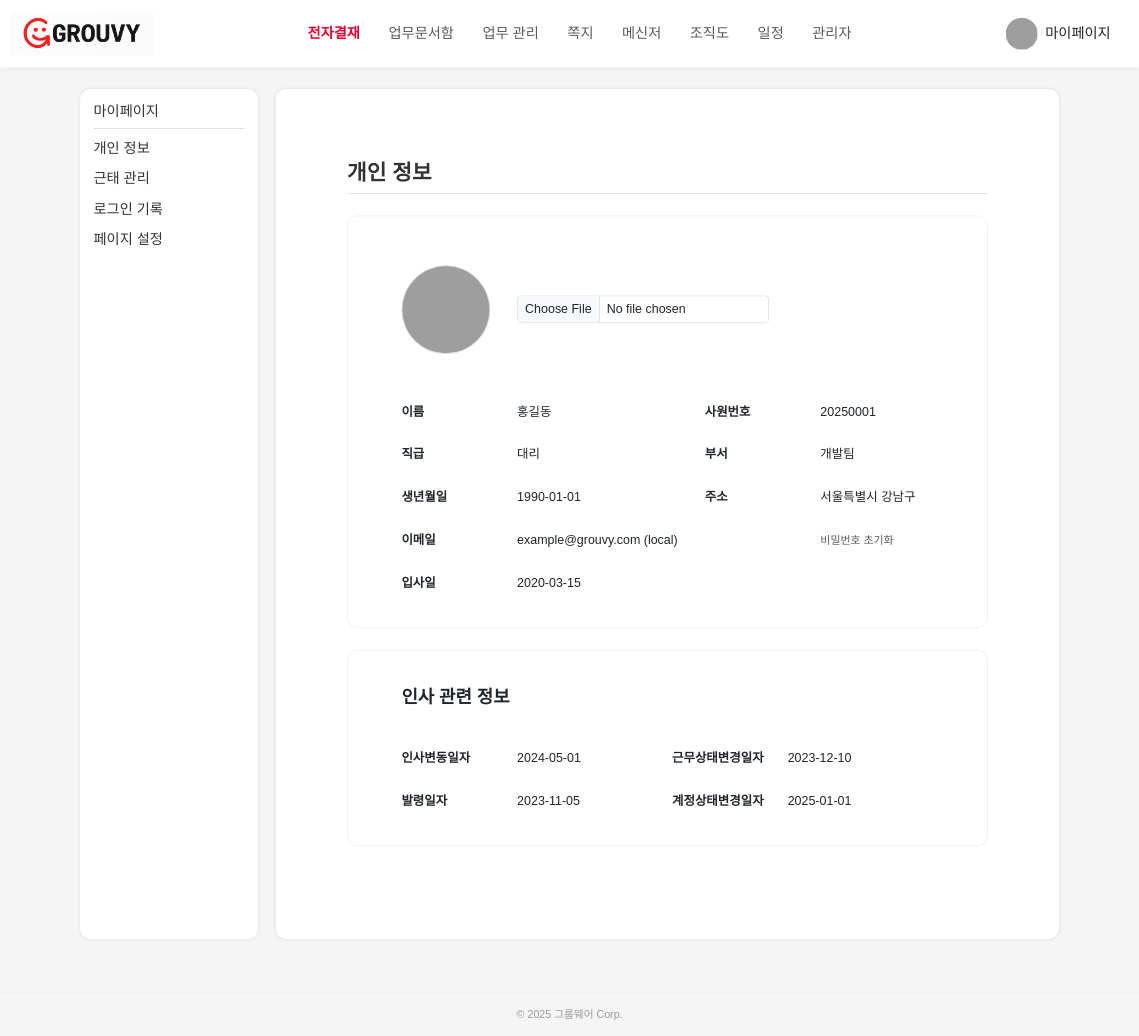
Repository: hyunbin7664/web-java-workspace
Page: groupware/src/main/webapp/mypage_profile.html
These files come from the project's save history. The page is drawn as it stood at one moment and after the next save; the edit follows.
The browser window is 1280 px wide. The pictures show the whole page, at 89% of full size.
Pictures or frames that could not be fetched are drawn as grey boxes.

Above is the page before, as saved 2025-07-08 08:12:13.

### groupware/src/main/webapp/mypage_profile.html
<!DOCTYPE html>
<html lang="ko">
<head>
<meta charset="UTF-8">
<title>마이페이지</title>
<link
	href="https://cdn.jsdelivr.net/npm/bootstrap@5.3.2/dist/css/bootstrap.min.css"
	rel="stylesheet">
<style>
body {
	margin: 0;
	font-family: Arial, sans-serif;
	background-color: #f5f5f5;
	color: #333;
	padding-top: 80px;
}

.navbar-brand {
	color: #e6002d !important;
	font-size: 1.5rem;
}

.nav-item {
	padding-right: 1rem;
}

.navbar-nav .nav-link.active {
	font-weight: bold;
	color: #e6002d !important;
}

.logo-img {
	width: 160px;
	height: 50px;
	object-fit: cover;
	object-position: center;
}

.navbar .container-fluid {
	padding-right: 2rem;
}

.container {
	display: flex;
	padding: 20px;
}

.sidebar {
	width: 200px;
	background-color: white;
	border-radius: 12px;
	padding: 15px;
	margin-right: 20px;
	box-shadow: 0 0 5px rgba(0, 0, 0, 0.1);
}

.sidebar h3 {
	margin-top: 0;
	font-size: 16px;
	border-bottom: 1px solid #ddd;
	padding-bottom: 10px;
}

.sidebar ul {
	list-style: none;
	padding: 0;
}

.sidebar ul li {
	margin: 10px 0;
}

.sidebar ul li a {
	color: #333;
	text-decoration: none;
}

.sidebar ul li a.active, .sidebar ul li a:hover {
	color: #1abc9c;
	font-weight: bold;
}

.main-content {
	flex: 1;
	background-color: white;
	padding: 80px;
	text-align: center;
	border-radius: 12px;
	box-shadow: 0 0 5px rgba(0, 0, 0, 0.1);
	/* margin: 0 auto; */
}

/* .main-content img {
	width: 60px;
	margin-bottom: 20px;
} */

.main-content p {
	font-size: 14px;
	color: #555;
}

.main-content input[type="password"] {
	padding: 8px;
	width: 220px;
	margin-top: 12px;
	border: 1px solid #ccc;
	border-radius: 4px;
	font-size: 13px;
}

.main-content div {
	margin-top: 15px;
}

.main-content button {
	padding: 8px 16px;
	margin: 0 5px;
	border: none;
	border-radius: 4px;
	cursor: pointer;
	font-size: 13px;
}

.profile-photo {
  width: 100px;
  height: 100px;
  object-fit: cover;
  border-radius: 50%;
  border: 1px solid #ddd;
  margin-right: 30px;
}

.card-custom {
  padding: 40px 60px;
  border-radius: 12px;
  border: 1px solid #eee;
  background-color: #fff;
}

.info-grid {
  display: grid;
  grid-template-columns: 120px auto 120px auto;
  row-gap: 12px;
  column-gap: 10px;
  align-items: center;
  font-size: 14px;
}

.info-grid div {
  white-space: nowrap;
}

.card-wrapper {
  max-width: 1000px;
  margin: 0 auto;
}

/* .confirm-btn {
	background-color: #4CAF50;
	color: #fff;
}

.cancel-btn {
	background-color: #ccc;
	color: #333;
} */

footer {
	text-align: center;
	padding: 15px;
	font-size: 12px;
	color: #999;
	border-top: 1px solid #eee;
	margin-top: 40px;
}
</style>
</head>
<body>

	<nav class="navbar navbar-expand-lg navbar-light bg-white shadow-sm fixed-top">
		<div class="container-fluid">
			<a class="navbar-brand d-flex align-items-center" href="index.html">
				<span class="logo-crop">
					<img src="grouvy_logo.jpg" alt="GROUVY 로고" class="logo-img">
				</span>
			</a>
			<ul class="navbar-nav mb-2 mb-lg-0">
				<li class="nav-item"><a class="nav-link active" href="#">전자결재</a></li>
				<!-- 커서 active-->
				<li class="nav-item"><a class="nav-link" href="#">업무문서함</a></li>
				<li class="nav-item"><a class="nav-link" href="#">업무 관리</a></li>
				<li class="nav-item"><a class="nav-link" href="#">쪽지</a></li>
				<li class="nav-item"><a class="nav-link" href="#">메신저</a></li>
				<li class="nav-item"><a class="nav-link" href="#">조직도</a></li>
				<li class="nav-item"><a class="nav-link" href="#">일정</a></li>
				<li class="nav-item"><a class="nav-link" href="admin_dashboard.html">관리자</a></li>
			</ul>
			<div class="d-flex align-items-center">
				<a href="mypage.html" >
					<img src="https://search.pstatic.net/sunny/?src=https%3A%2F%2Fs3.orbi.kr%2Fdata%2Ffile%2Funited2%2F6cc64e06aa404ac3a176745b9c1d5bfa.jpeg&type=sc960_832"
							alt="프로필" class="rounded-circle" width="36" height="36">
				</a>
				<a href="mypage.html" class="ms-2 text-decoration-none text-dark">마이페이지</a>
			</div>
		</div>
	</nav>

	<main>
		<div class="container">
			<!-- 좌측 nav -->
			<div class="sidebar">
				<h3>마이페이지</h3>
				<ul>
					<li><a href="mypage_profile.html">개인 정보</a></li>
					<li><a href="mypage_attendance.html">근태 관리</a></li>
					<li><a href="mypage_loginlog.html">로그인 기록</a></li>
					<li><a href="mypage_settings.html">페이지 설정</a></li>
				</ul>
			</div>

			<!-- 기능 페이지 -->
			<!-- <div class="main-content">
				<img src="https://cdn-icons-png.flaticon.com/512/3064/3064197.png"
					alt="lock icon">
				<p>
					개인 정보 조회를 위해서는 인증이 필요합니다.<br> 비밀번호를 입력한 후 확인 버튼을 클릭해 주세요.
				</p>
				<input type="password" placeholder="비밀번호">
				<div>
					<button class="confirm-btn">확인</button>
					<button class="cancel-btn">취소</button>
				</div>
			</div> -->

			<!-- 마이페이지 > 개인 정보 -->
			<div class="main-content text-start">
				<h4 class="mb-4 fw-bold border-bottom pb-2">개인 정보</h4>

				<div class="card card-custom mb-4 card-wrapper">
					<div class="d-flex align-items-center mb-4">
						<img src="https://search.pstatic.net/sunny/?src=https%3A%2F%2Fs3.orbi.kr%2Fdata%2Ffile%2Funited2%2F6cc64e06aa404ac3a176745b9c1d5bfa.jpeg&type=sc960_832" alt="프로필 사진" class="profile-photo">
						<input type="file" class="form-control form-control-sm w-auto">
					</div>

					<div class="info-grid">
						<div class="fw-bold">이름</div>
						<div>홍길동</div>
						<div class="fw-bold">사원번호</div>
						<div>20250001</div>

						<div class="fw-bold">직급</div>
						<div>대리</div>
						<div class="fw-bold">부서</div>
						<div>개발팀</div>

						<div class="fw-bold">생년월일</div>
						<div>1990-01-01</div>
						<div class="fw-bold">주소</div>
						<div>서울특별시 강남구</div>

						<div class="fw-bold">이메일</div>
						<div>example@grouvy.com (local)</div>
						<div class="fw-bold"></div>
						<div>
							<a href="#" class="text-decoration-none small text-muted">비밀번호
								초기화</a>
						</div>

						<div class="fw-bold">입사일</div>
						<div>2020-03-15</div>
					</div>
				</div>

				<div class="card card-custom mb-4 card-wrapper">
					<h5 class="fw-bold mb-3">인사 관련 정보</h5>
					<div class="info-grid">
						<div class="fw-bold">인사변동일자</div>
						<div>2024-05-01</div>
						<div class="fw-bold">근무상태변경일자</div>
						<div>2023-12-10</div>

						<div class="fw-bold">발령일자</div>
						<div>2023-11-05</div>
						<div class="fw-bold">계정상태변경일자</div>
						<div>2025-01-01</div>
					</div>
				</div>
			</div></main>

	<footer>© 2025 그룹웨어 Corp.</footer>

</body>
</html>

After the next save:
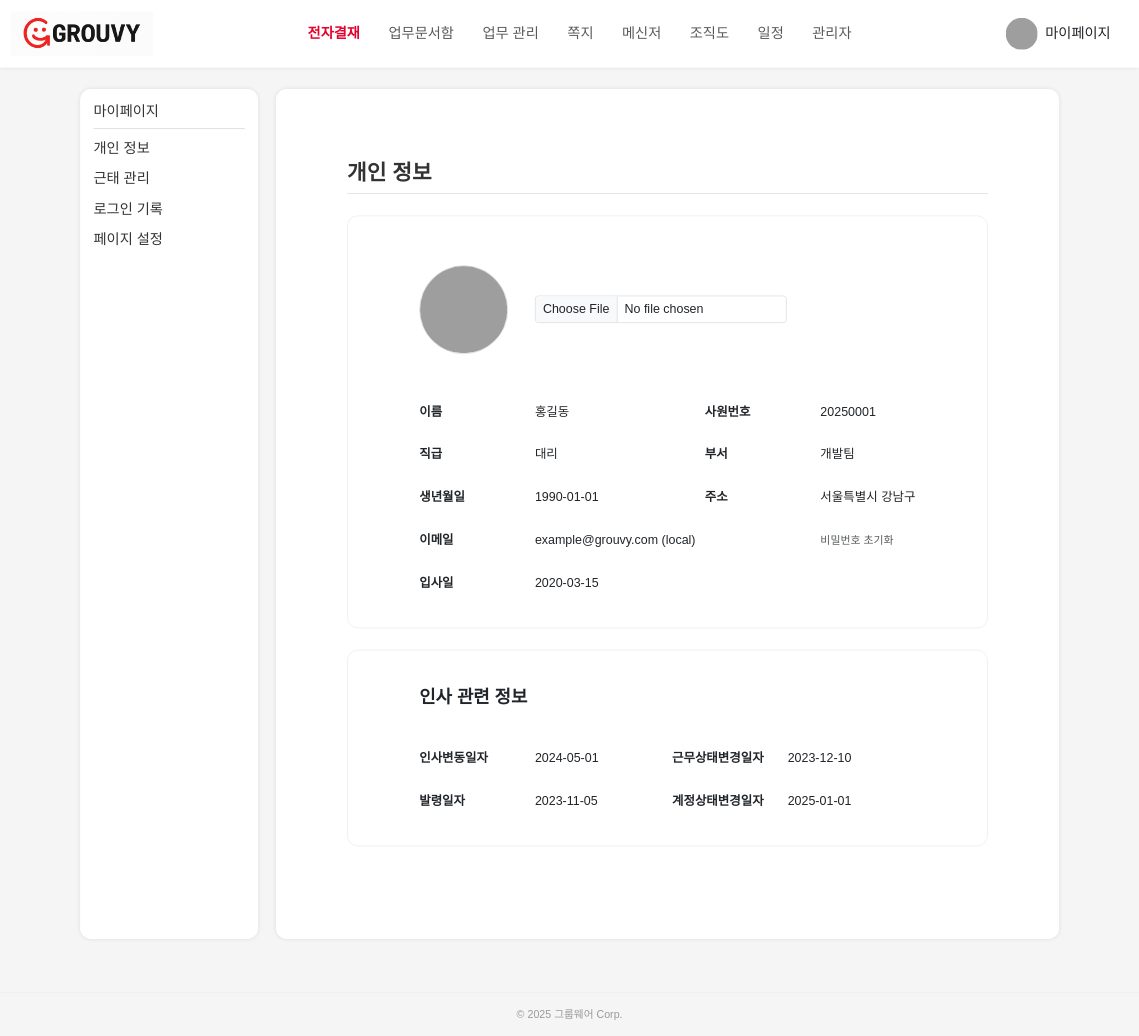
Saved 6 s later.
--- a/groupware/src/main/webapp/mypage_profile.html
+++ b/groupware/src/main/webapp/mypage_profile.html
@@ -132,7 +132,7 @@ body {
 }
 
 .card-custom {
-  padding: 40px 60px;
+  padding: 40px 80px;
   border-radius: 12px;
   border: 1px solid #eee;
   background-color: #fff;
